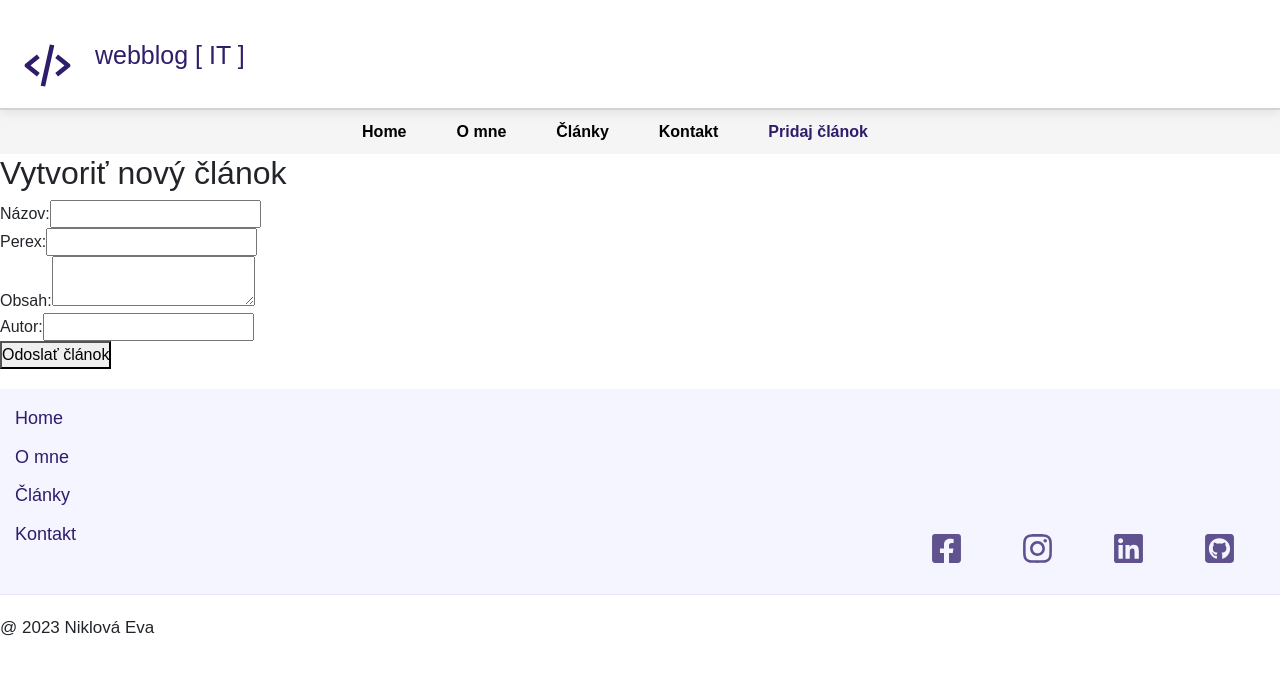
Repository: eniklova/github-bl
Page: /newarticel
These files come from the project's save history. The page is drawn as it stood at one moment and after the next save; the edit follows.
The browser window is 1280 px wide. The pictures show the whole page.
Some web fonts or font styles are not loaded; a fallback is used. The project was rebuilt for these pictures with package versions that can differ from the ones it lists, and the page was loaded fresh each time. Also part of the build but not shown: src/components/ArticleList.js, src/components/HeroSlider.css, src/components/HeroSlider.js, src/pages/Home.js, src/pages/Aboutme.js, src/pages/Articles.js, src/pages/Kontakt.js, src/pages/Error.js.

Above is the page before, as saved 2023-10-19 09:44:58.

After the next save:
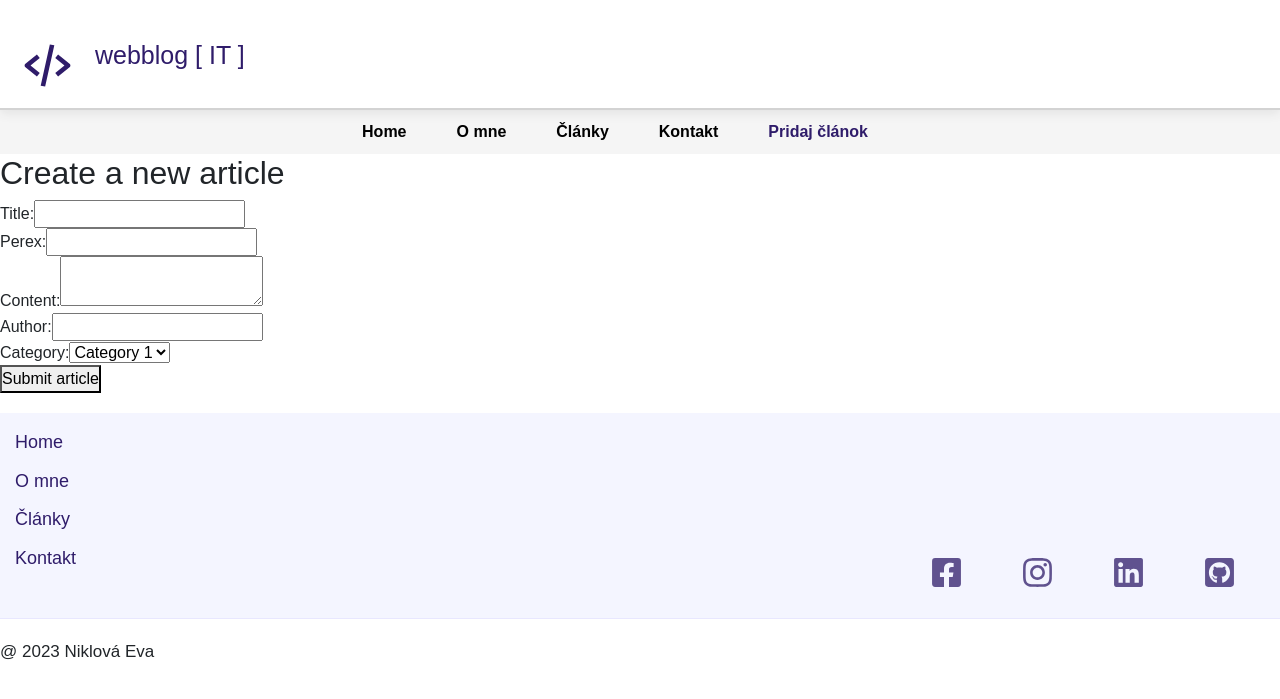
Saved 30 s later.
--- a/src/components/ArticleForm.js
+++ b/src/components/ArticleForm.js
@@ -1,5 +1,5 @@
 import React, { useState } from "react";
-import { createArticle } from "../services/api";
+import { createArticle, updateArticleCategory } from "../services/api";
 
 function ArticleForm() {
   const initialFormData = {
@@ -9,6 +9,7 @@ function ArticleForm() {
     author: "",
   };
   const [formData, setFormData] = useState({ ...initialFormData });
+  const [categoryIds, setCategoryIds] = useState([]);
   const [submitMessage, setSubmitMessage] = useState("");
   const [isSubmitted, setIsSubmitted] = useState(false);
 
@@ -20,36 +21,35 @@ function ArticleForm() {
     });
   };
 
+  const handleCategoryChange = (e) => {
+    const { value } = e.target;
+    setCategoryIds([value]);
+  };
+
   const handleSubmit = async (e) => {
     e.preventDefault();
 
-    console.log("Dáta z formulára:", formData);
+    console.log("Data from the form:", formData);
 
     try {
-      const createdArticle = await createArticle(formData);
-      setSubmitMessage("Článok bol úspešne odoslaný!");
+      const article = await createArticle(formData);
+      await updateArticleCategory(article.id, categoryIds);
+
+      setSubmitMessage("Article has been successfully submitted!");
       setIsSubmitted(true);
-
-      // Aktualizujeme kategorie článku, předpokládejme, že categoryId je 1
-      const articleId = createdArticle.id;
-      const categoryIds = [1]; // Změňte podle vašich potřeb
-
-      await updateArticleCategory(articleId, categoryIds);
-
-      // Vymažeme data z formuláře po úspěšném odeslání
       setFormData({ ...initialFormData });
     } catch (error) {
-      console.error("Chyba pri vytváraní článku:", error);
-      setSubmitMessage("Chyba pri odosielaní článku");
+      console.error("Error creating the article:", error);
+      setSubmitMessage("Error submitting the article");
     }
   };
 
   return (
     <div>
-      <h2>Vytvoriť nový článok</h2>
+      <h2>Create a new article</h2>
       <form onSubmit={handleSubmit}>
         <div>
-          <label htmlFor="title">Názov:</label>
+          <label htmlFor="title">Title:</label>
           <input
             type="text"
             id="title"
@@ -69,7 +69,7 @@ function ArticleForm() {
           />
         </div>
         <div>
-          <label htmlFor="content">Obsah:</label>
+          <label htmlFor="content">Content:</label>
           <textarea
             id="content"
             name="content"
@@ -78,7 +78,7 @@ function ArticleForm() {
           />
         </div>
         <div>
-          <label htmlFor="author">Autor:</label>
+          <label htmlFor="author">Author:</label>
           <input
             type="text"
             id="author"
@@ -87,9 +87,21 @@ function ArticleForm() {
             onChange={handleChange}
           />
         </div>
+        <div>
+          <label htmlFor="category">Category:</label>
+          <select
+            id="category"
+            name="category"
+            onChange={handleCategoryChange}
+          >
+            <option value="1">Category 1</option>
+            <option value="2">Category 2</option>
+            <option value="3">Category 3</option>
+          </select>
+        </div>
 
         {isSubmitted ? null : (
-          <button type="submit">Odoslať článok</button>
+          <button type="submit">Submit article</button>
         )}
       </form>
 
